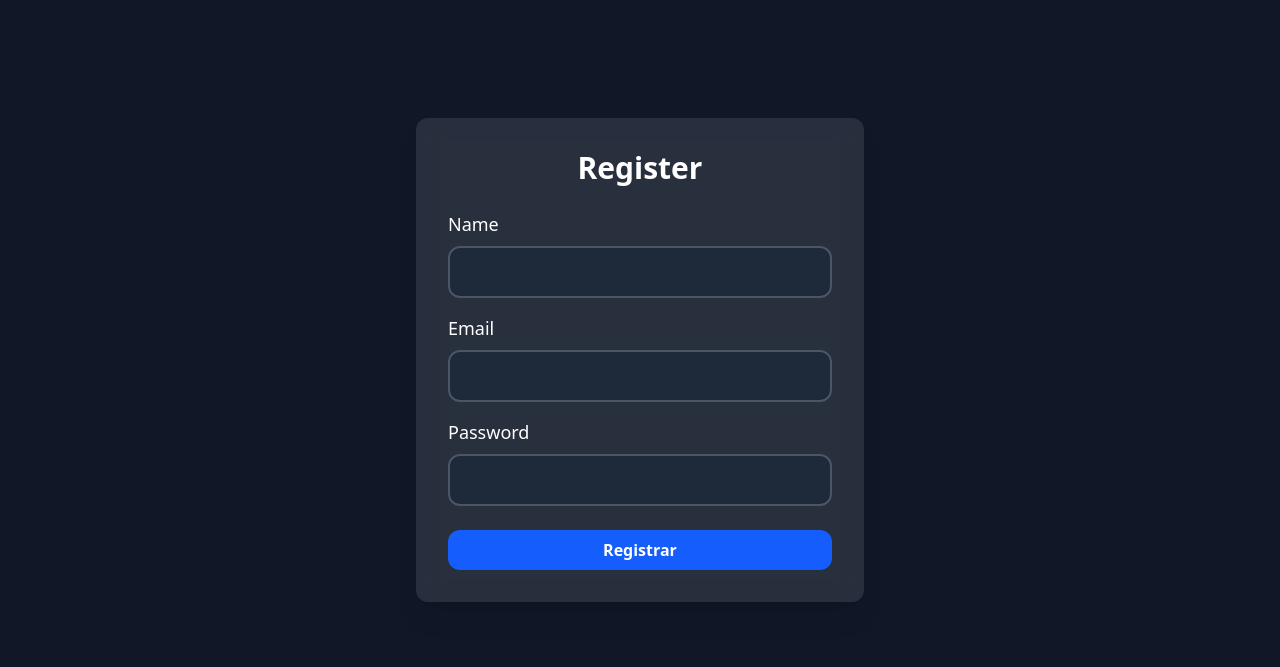
Repository: GabrielF0900/Tarefix
Page: /register (app in Frontend/)
These files come from the project's save history. The page is drawn as it stood at one moment and after the next save; the edit follows.
The browser window is 1280 px wide. The pictures show the whole page.
The project was rebuilt for these pictures with package versions that can differ from the ones it lists, and the page was loaded fresh each time. Also part of the build but not shown: Frontend/vite.config.ts, Frontend/src/pages/Login.tsx, Frontend/src/pages/Dashboard.tsx.

Above is the page before, as saved 2025-07-27 14:08:50.

### Frontend/src/main.tsx
import { StrictMode } from 'react'
import { createRoot } from 'react-dom/client'
import './index.css'
import { BrowserRouter } from 'react-router-dom'
import { Routes } from './routes/routes'


createRoot(document.getElementById('root')!).render(
  <StrictMode>
    <BrowserRouter>
      <Routes />
    </BrowserRouter>
  </StrictMode>,
)

### Frontend/src/routes/routes.tsx
//Algoritmo que cuidará de rotas.
import { Login } from '../pages/Login';
import { Route } from 'react-router-dom';
import { Routes as RoutesRoutes } from 'react-router-dom';
import { Register } from '../pages/Register';
import {Dashboard} from '../pages/Dashboard';

export function Routes() {
    return (
            <RoutesRoutes>
                <Route path="/" element={<Login />} />
                <Route path="/login" element={<Login />} />
                <Route path="/register" element={<Register />} />
                <Route path="/dashboard" element={<Dashboard />} />
                {/* Adicione outras rotas aqui conforme necessário */}
            </RoutesRoutes>
    )
    }

### Frontend/src/pages/Register.tsx
import React, { useState } from "react";
import { useStateRegister } from "../hooks/useStateRegister";
import { useNavigation } from "../hooks/useNavigation";
import { Input } from "../components/inputs";
import { RegisterAPI as registerUser } from "../services/auth"; // ✅ nome da função corrigido
import axios from "axios"; // ✅ necessário para checar se é erro do axios

export function Register() {
  const { goToLogin } = useNavigation();
  const { formData, handleChange } = useStateRegister();
  const [errorMessage, setErrorMessage] = useState("");

  async function handleSubmit(event: React.FormEvent) {
    event.preventDefault();
    setErrorMessage("");

    try {
      const response = await registerUser({
        email: formData.email,
        password: formData.password,
        name: formData.name,
      });

      console.log("Usuário registrado:", response);
      goToLogin(); // redirecionar ao login após sucesso
    } catch (error: unknown) {
      if (axios.isAxiosError(error)) {
        setErrorMessage(error.response?.data?.error || "Erro ao registrar.");
      } else {
        setErrorMessage("Erro inesperado. Tente novamente.");
      }
    }
  }

  return (
    <div className="flex items-center justify-center min-h-screen bg-gray-900 text-white">
      <div className="w-full max-w-md bg-white/10 backdrop-blur-md rounded-xl shadow-xl p-8">
        <h1 className="text-3xl font-bold text-center mb-6">Register</h1>

        <form onSubmit={handleSubmit} className="space-y-4">
          <Input
            id="name"
            name="name"
            type="text"
            label="Name"
            required
            value={formData.name}
            onChange={handleChange}
          />
          <Input
            id="email"
            name="email"
            type="email"
            label="Email"
            required
            value={formData.email}
            onChange={handleChange}
          />
          <Input
            id="password"
            name="password"
            type="password"
            label="Password"
            required
            value={formData.password}
            onChange={handleChange}
          />
          {errorMessage && (
            <p className="text-red-500 text-center text-sm mt-2">{errorMessage}</p>
          )}
          <button
            type="submit"
            className="w-full mt-2 py-2 rounded-xl bg-blue-600 hover:bg-blue-700 transition text-white font-semibold"
          >
            Registrar
          </button>
        </form>
      </div>
    </div>
  );
}

### Frontend/src/hooks/useNavigation.ts
import { useNavigate as useRouterNavigate } from 'react-router-dom';

export function useNavigation() {
  const navigate = useRouterNavigate();

  function goToLogin() {
    navigate('/login');
  }

  function goToRegister() {
    navigate('/register');
  }

  function goToDashboard() {
    navigate('/dashboard');
  }

  return { goToLogin, goToRegister, goToDashboard };
}

### Frontend/src/components/inputs.tsx
import React from 'react';

export interface InputProps extends React.InputHTMLAttributes<HTMLInputElement> {
  label?: string;
  error?: string;
}

export function Input({ label, error, ...rest }: InputProps) {
  return (
    <div className="mb-4">
      {label && (
        <label className="block mb-2 text-lg font-medium text-white">
          {label}
        </label>
      )}
      <input
        {...rest}
        className={`
          w-full px-4 py-3 rounded-xl bg-gray-800 text-white placeholder-gray-400
          border-2 transition duration-300
          ${error ? 'border-red-500 focus:border-red-500' : 'border-gray-600 focus:border-blue-500'}
          focus:outline-none focus:ring-2 focus:ring-blue-500/50
        `}
      />
      {error && <p className="mt-1 text-sm text-red-400">{error}</p>}
    </div>
  );
}

### Frontend/src/services/auth.ts
//Aqui vamos o algoritmo de configuração das rotas de login e register em axios


import api from "./api";

interface User {
    email: string;
    password: string;
    name: string;
}

interface LoginResponse {
    user: User;
}



export async function LoginAPI({email, password}: {email: string; password: string}): Promise<LoginResponse> {
  try {
    const response = await api.post('/auth/login', { email, password });
    return response.data;
  } catch (error) {
    console.error('Erro ao fazer login:', error);
    throw error;
  }
}

export async function RegisterAPI({email, password, name}: {email: string; password: string; name: string}): Promise<LoginResponse> {
  try {
    const response = await api.post('/auth/register', { email, password, name });
    return response.data;
  } catch (error) {
    console.error('Erro ao fazer registro:', error);
    throw error;
  }
}

### Frontend/src/hooks/useStateRegister.ts
//Algoritmo para gerenciar os estados de Register do usuário.
import { useState } from 'react';

export function useStateRegister() {
    const [formData, setFormData] = useState({
        name: "",
        email: "",
        password: "",
    })

    function handleChange(event: React.ChangeEvent<HTMLInputElement>) {
        const { name, value } = event.target;
        setFormData(prevState => ({
            ...prevState,
            [name]: value
        }));
    }

    return {
        formData,
        handleChange
    }
}

### Frontend/src/services/api.ts
// src/services/api.ts
import axios from 'axios';

const api = axios.create({
  baseURL: 'http://localhost:3000/api', // Ajuste a URL para seu backend
});

export default api;

Loaded but not shown: Frontend/index.html (common file); Frontend/src/index.css (common file)

After the next save:
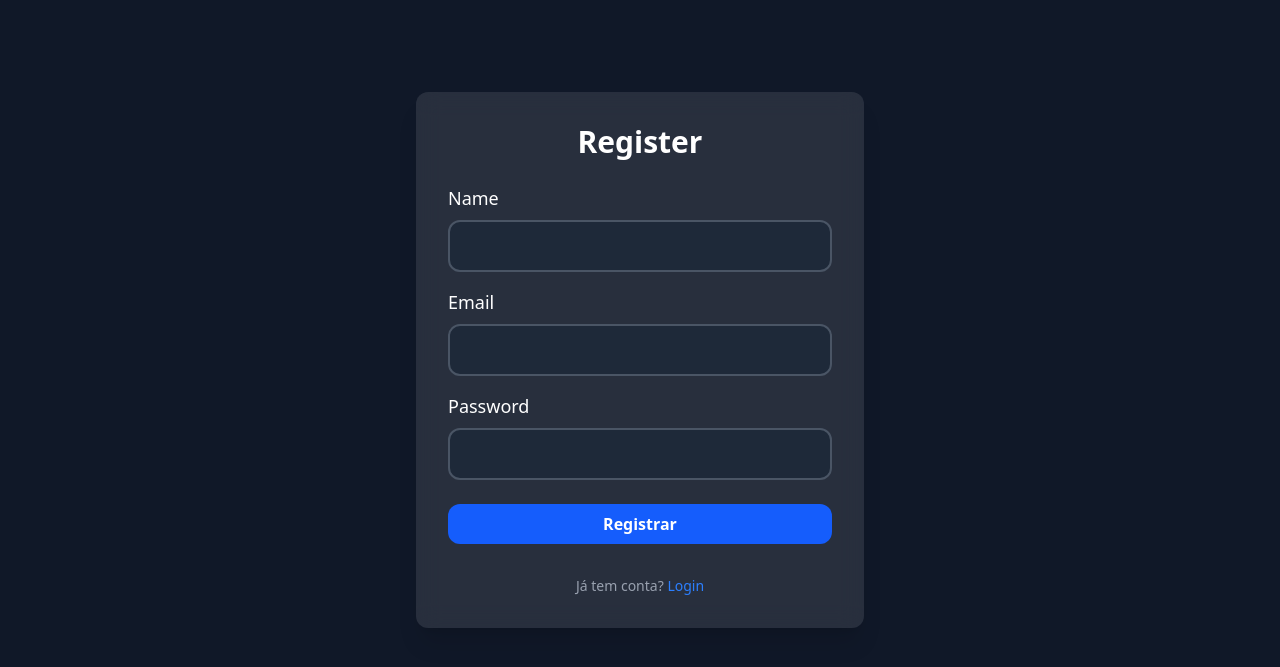
Saved 39 s later.
--- a/Frontend/src/pages/Register.tsx
+++ b/Frontend/src/pages/Register.tsx
@@ -74,6 +74,15 @@ export function Register() {
           >
             Registrar
           </button>
+          <p className="mt-4 text-center text-sm text-gray-400">
+            Já tem conta?{' '}
+            <a
+              onClick={goToLogin}
+              className="text-blue-500 hover:underline cursor-pointer"
+            >
+              Login
+            </a>
+          </p>
         </form>
       </div>
     </div>
